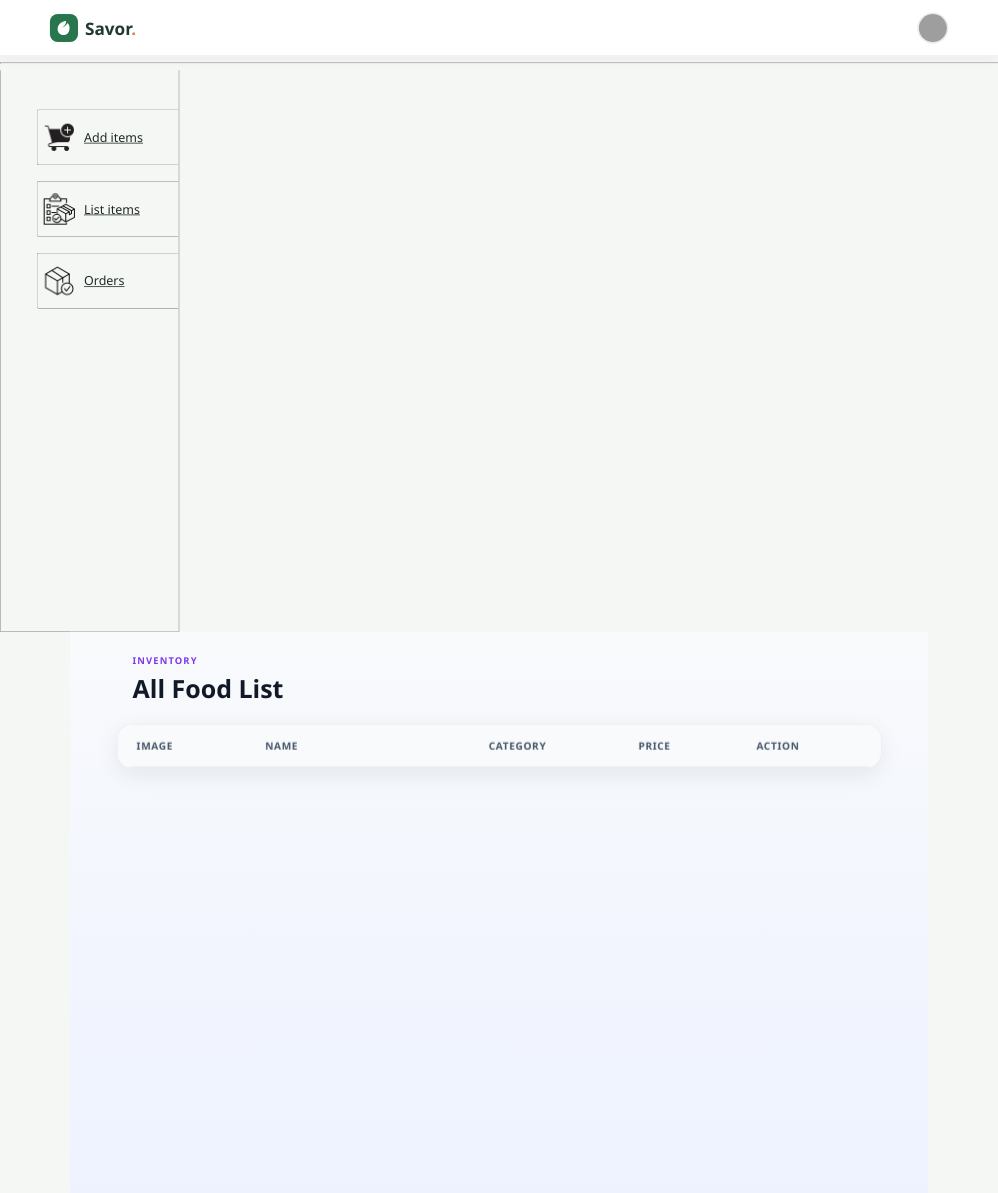
Repository: prince44991/Ecommerce-Project-Full-Stack
Page: /Listitem (app in admin/my-react-app/)
The author's editor kept a copy of each file at every save. The page is drawn from the files as they stood at one save, then again after the next save.
The browser window is 1280 px wide. The pictures show the whole page, at 78% of full size.
Pictures or frames that could not be fetched are drawn as grey boxes. The page's requests for data from a server got no answer. The project was rebuilt for these pictures with package versions that can differ from the ones it lists, and the page was loaded fresh each time. No one was signed in, and anything a server would have sent is missing. Also part of the build but not shown: admin/my-react-app/vite.config.js, admin/my-react-app/src/pages/Add/Add.css, admin/my-react-app/src/pages/Add/Add.jsx, admin/my-react-app/src/pages/Order/Order.jsx.

Above is the page before, as saved 2026-09-30 16:12:45.

### admin/my-react-app/index.html
<!doctype html>
<html lang="en">
  <head>
    <meta charset="UTF-8" />
    <link rel="icon" type="image/svg+xml" href="/favicon.svg" />
    <meta name="viewport" content="width=device-width, initial-scale=1.0" />
    <title>my-react-app</title>
  </head>
  <body>
    <div id="root"></div>
    <script type="module" src="/src/main.jsx"></script>
  </body>
</html>

### admin/my-react-app/src/index.css
:root {
  font-family: 'DM Sans', 'Segoe UI', sans-serif;
  font-synthesis: none;
  text-rendering: optimizeLegibility;
  -webkit-font-smoothing: antialiased;
  -moz-osx-font-smoothing: grayscale;
  font-optical-sizing: auto;
  font-weight: 400;
  color: #202a27;
  background: #f5f7f5;
}

* {
  box-sizing: border-box;
}

body {
  min-width: 320px;
  min-height: 100vh;
  margin: 0;
}

button,
input {
  font: inherit;
}

a {
  color: inherit;
}

### admin/my-react-app/src/App.jsx
import Navbar from './components/Navbar/Navbar.jsx'
import Sliderbar from './components/Sliderbar/Sliderbar.jsx'
import { BrowserRouter, Route, Routes } from "react-router-dom"
import Add from './pages/Add/Add.jsx'
import Order from './pages/Order/Order.jsx'
import List from './pages/List/List.jsx'
import { ToastContainer, toast } from 'react-toastify';
function App() {
  return (
    <>
    <BrowserRouter>
    <ToastContainer/>
    <Navbar />
    <hr/>
    <Sliderbar/>
    <Routes>
      <Route path='/Additem' element={<Add/>} />
      <Route path='/Listitem' element={<List/>} />
      <Route path='/Orders' element={<Order/>} />
    </Routes>
    </BrowserRouter>
    </>
  )
}

export default App

### admin/my-react-app/src/components/Navbar/Navbar.jsx
import React from 'react'
import './Navbar.css'

const Navbar = () => {
  return (
    <header className="navbar">
      <a className="navbar__brand" href="#dashboard" aria-label="Savor admin dashboard">
        <span className="navbar__logo" aria-hidden="true">
          <svg viewBox="0 0 32 32" fill="none">
            <path d="M16 27c-6.2 0-10-4.2-10-9.7C6 11.6 10.5 6 19.5 5c-.2 5.6-2.7 8.3-6.8 10.2 3.4-1.1 7-3.7 9.2-7.4C27.7 14 24.8 27 16 27Z" fill="currentColor" />
            <path d="M9 23c3.2-4.2 6.1-6.3 10.8-8.4" stroke="white" strokeWidth="1.8" strokeLinecap="round" />
          </svg>
        </span>
        <span className="navbar__name">Savor<span>.</span></span>
      </a>

      <img
        className="navbar__avatar"
        src="https://images.unsplash.com/photo-1534528741775-53994a69daeb?auto=format&fit=crop&w=128&h=128&q=80"
        alt="Admin profile"
      />
    </header>
  )
}

export default Navbar

### admin/my-react-app/src/components/Sliderbar/Sliderbar.jsx
import React from 'react'
import './Sliderbar.css'
import item from '../../assets/add-to-cart.png';
import list from '../../assets/list-items.png';
import order from '../../assets/package.png';
import { NavLink } from 'react-router-dom';
const Sliderbar = () => {
  return (
    <div>
    <div className="sidebar">
        <div className="sidbar-options">
            <div className="sidbar-option">
                <img src={item} alt="" />
                <NavLink to="/Additem"><p className='par'>Add items</p></NavLink>
            </div>
            <div className="sidbar-option">
                <img src={list} alt="" />
                <NavLink to="/Listitem"><p className='par'>List items</p></NavLink>
            </div>
            <div className="sidbar-option">
                <img src={order} alt="" />
                <NavLink to="/Orders"><p className='par'>Orders</p></NavLink>
            </div>
        </div>
    </div>
    </div>
  )
}

export default Sliderbar

### admin/my-react-app/src/pages/List/List.jsx
import axios from 'axios';
import { useEffect, useState } from 'react';
import './List.css';

const List = () => {
  const [display, setDisplay] = useState([]);

  const datafetch = async () => {
    try {
      const url = 'http://localhost:8001';
      const response = await axios.get(`${url}/view/product`);
      setDisplay(response.data.data);
    } catch (error) {
      console.error('Error fetching products:', error);
      setDisplay([]);
    }
  };

  useEffect(() => {
    datafetch();
  }, []);

  return (
    <div className="list-page">
      <div className="list-header ">
        <div className='head'>
          <p className="eyebrow">Inventory</p>
          <h2>All Food List</h2>
        </div>

      </div>

      <div className="list-table-wrapper">
        <div className="list-table-format title">
          <b>Image</b>
          <b>Name</b>
          <b>Category</b>
          <b>Price</b>
          <b>Action</b>
        </div>

        {display.map((r, index) => (
          <div key={index} className="list-table-format row">
            <img
              src={`http://localhost:8001/uploads/${r.image}`}
              alt={r.productname}
            />

            <div className="food-info">
              <p className="food-name">{r.productname}</p>
              <span className="food-desc">{r.description}</span>
            </div>

            <p className="category-pill">{r.catagory}</p>
            <p className="price-tag">₹{r.price}</p>

            <div className="action-cell">
              <button type="button" className="row-action">*</button>
            </div>
          </div>
        ))}
      </div>
    </div>
  );
};

export default List;

### admin/my-react-app/src/components/Navbar/Navbar.css
.navbar {
	display: flex;
	width: 100%;
	min-height: 72px;
	align-items: center;
	justify-content: space-between;
	gap: 24px;
	padding: 0 clamp(18px, 5vw, 64px);
	border-bottom: 1px solid #e8eeea;
	background: #fff;
	box-shadow: 0 3px 14px rgb(30 59 43 / 5%);
}

.navbar__brand {
	display: inline-flex;
	flex: 0 0 auto;
	align-items: center;
	gap: 9px;
	color: #203a2d;
	text-decoration: none;
}

.navbar__logo {
	display: grid;
	width: 36px;
	height: 36px;
	place-items: center;
	border-radius: 10px;
	color: #fff;
	background: #28754e;
}

.navbar__logo svg {
	width: 26px;
	height: 26px;
}

.navbar__name {
	font-size: 22px;
	font-weight: 700;
}

.navbar__name span {
	color: #d98750;
}

.navbar__avatar {
	width: 40px;
	height: 40px;
	flex: 0 0 auto;
	border: 2px solid #e7eee9;
	border-radius: 50%;
	object-fit: cover;
	object-position: center 38%;
}

.navbar__brand:focus-visible {
	outline: 2px solid #28754e;
	outline-offset: 4px;
}

@media (max-width: 560px) {
	.navbar {
		min-height: 64px;
		gap: 18px;
		padding: 0 18px;
	}
}

### admin/my-react-app/src/components/Sliderbar/Sliderbar.css
img{
    width: 40px;
}

.sidebar{
    width: 18%;
     min-height: 100vh;
    border: 1.5px solid #a9a9a9;
    border-top: 0;
}
.sidbar-options{
    padding-top: 50px;
    padding-left: 20%;
    display: flex;
    flex-direction: column;
    gap: 20px;
}
.sidbar-option{
    display: flex;
     align-items: center;
    gap: 12px;
    border: 1px solid #a9a9a9;
    border-right: 0;
    padding: 8px;
    border-radius: 3px 0px 0px 3px;
    cursor: pointer;
     /* text-decoration: none; */
}
.par{
    text-decoration: none;
}

### admin/my-react-app/src/pages/List/List.css
.list-page {
  max-width: 1100px;
  margin: 0 auto;
  padding: 28px 20px;
  background: linear-gradient(180deg, #f8fafc 0%, #eef2ff 100%);
  min-height: 100vh;
  font-family: 'Segoe UI', Tahoma, Geneva, Verdana, sans-serif;
}

.list-header {
  display: flex;
  justify-content: space-between;
  align-items: center;
  margin-bottom: 24px;
}

.eyebrow {
  margin: 0 0 6px;
  font-size: 12px;
  letter-spacing: 0.12em;
  text-transform: uppercase;
  color: #7c3aed;
  font-weight: 700;
  /* margin-left: 20px; */
}
.head{
    margin-left: 60px;
}

.list-header h2 {
  margin: 0;
  font-size: 32px;
  color: #111827;
}

.add-btn {
  border: none;
  background: linear-gradient(135deg, #7c3aed, #4f46e5);
  color: white;
  padding: 12px 18px;
  border-radius: 12px;
  font-weight: 600;
  cursor: pointer;
  box-shadow: 0 10px 20px rgba(124, 58, 237, 0.2);
  transition: transform 0.2s ease;
}

.add-btn:hover {
  transform: translateY(-1px);
}

.list-table-wrapper {
  max-width: 980px;
  margin: 0 auto;
  background: rgba(255, 255, 255, 0.8);
  backdrop-filter: blur(6px);
  border: 1px solid rgba(148, 163, 184, 0.18);
  border-radius: 20px;
  box-shadow: 0 10px 30px rgba(15, 23, 42, 0.08);
  overflow: hidden;
}

.list-table-format {
  display: grid;
  grid-template-columns: 1.1fr 2fr 1.3fr 1fr 1fr;
  align-items: center;
  gap: 16px;
  padding: 18px 24px;
}

.list-table-format.title {
  background: #f8fafc;
  border-bottom: 1px solid #e2e8f0;
  color: #475569;
  font-size: 13px;
  text-transform: uppercase;
  letter-spacing: 0.06em;
}

.list-table-format.row {
  border-bottom: 1px solid #edf2f7;
  background: white;
  transition: background 0.2s ease;
}

.list-table-format.row:last-child {
  border-bottom: none;
}

.list-table-format.row:hover {
  background: #faf5ff;
}

.list-table-format img {
  width: 72px;
  height: 72px;
  object-fit: cover;
  border-radius: 14px;
  border: 1px solid #e2e8f0;
  background: #f1f5f9;
}

.food-info {
  display: flex;
  flex-direction: column;
  gap: 4px;
}

.food-name {
  margin: 0;
  font-size: 16px;
  font-weight: 700;
  color: #111827;
}

.food-desc {
  color: #64748b;
  font-size: 12px;
  line-height: 1.4;
}

.category-pill {
  margin: 0;
  display: inline-flex;
  justify-self: start;
  padding: 8px 12px;
  border-radius: 999px;
  background: #ede9fe;
  color: #6d28d9;
  font-size: 12px;
  font-weight: 700;
}

.price-tag {
  margin: 0;
  font-size: 16px;
  font-weight: 700;
  color: #0f172a;
}

.action-cell {
  display: flex;
  justify-content: flex-end;
}

.row-action {
  border: none;
  background: #ecfdf5;
  color: #047857;
  padding: 10px 14px;
  border-radius: 10px;
  font-weight: 700;
  cursor: pointer;
}

@media (max-width: 768px) {
  .list-page {
    padding: 16px;
  }

  .list-header {
    flex-direction: column;
    align-items: flex-start;
    gap: 16px;
  }

  .list-table-wrapper {
    overflow-x: auto;
  }

  .list-table-format {
    min-width: 620px;
  }
}

Loaded but not shown: admin/my-react-app/src/main.jsx (common file)

After the next save:
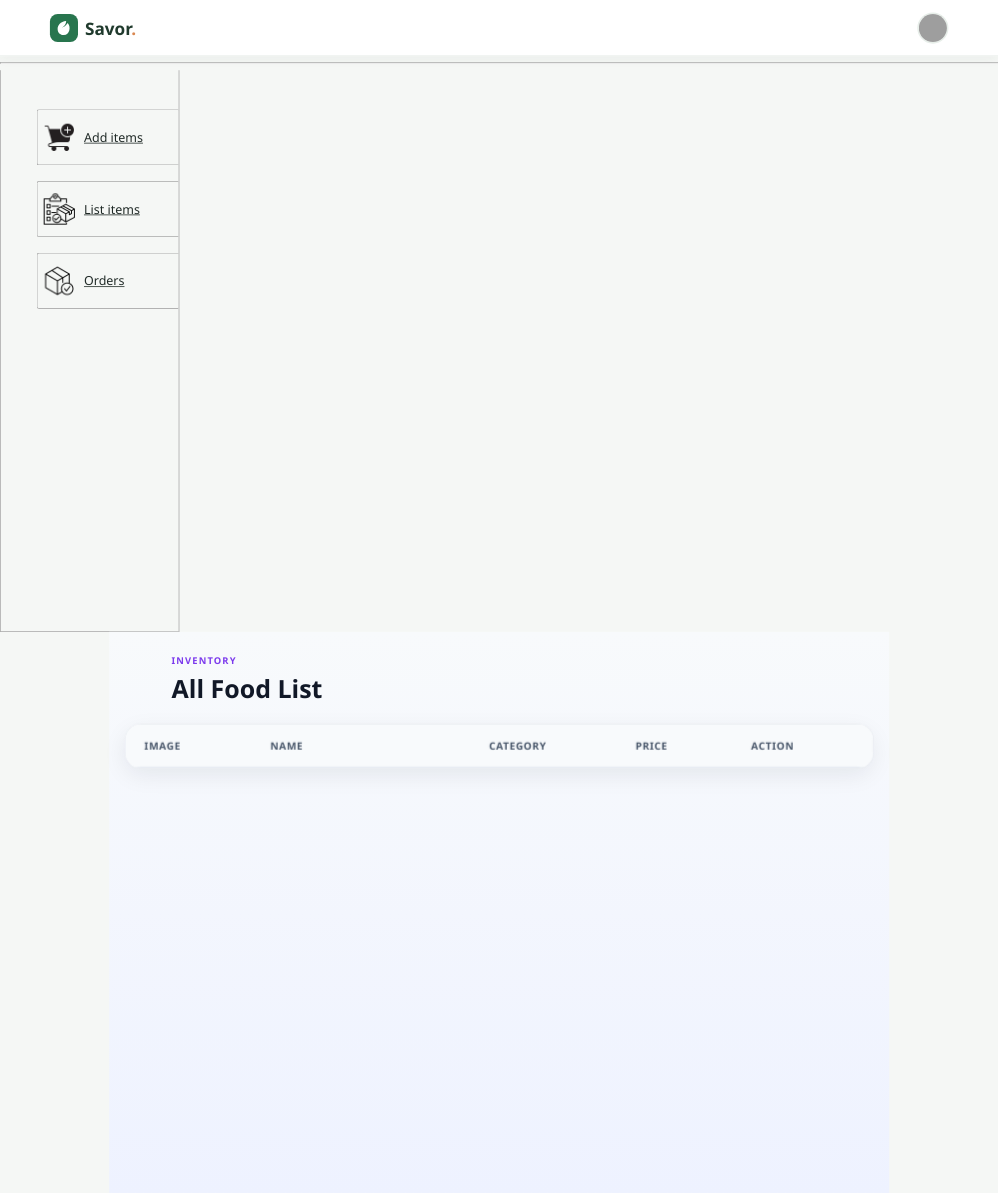
Saved 44 s later.
--- a/admin/my-react-app/src/pages/List/List.css
+++ b/admin/my-react-app/src/pages/List/List.css
@@ -1,5 +1,5 @@
 .list-page {
-  max-width: 1100px;
+  max-width: 1000px;
   margin: 0 auto;
   padding: 28px 20px;
   background: linear-gradient(180deg, #f8fafc 0%, #eef2ff 100%);
